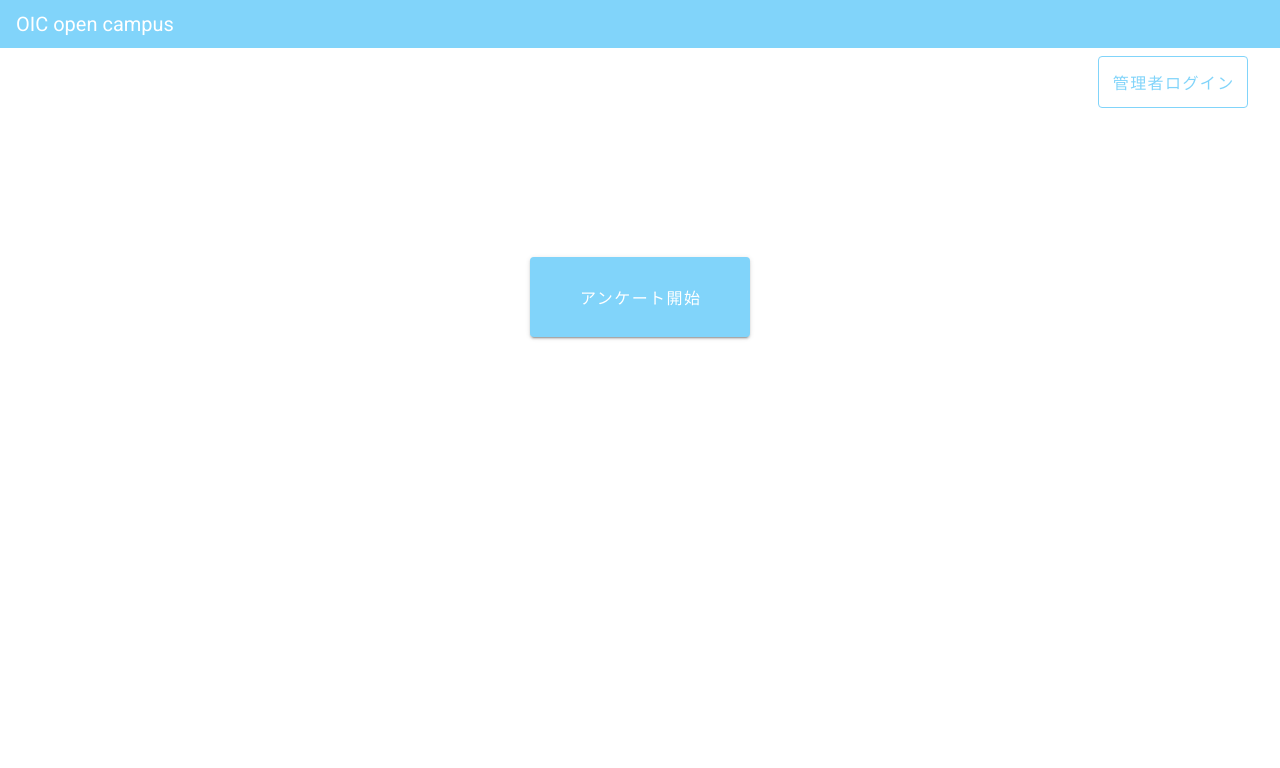
Repository: taniwhy/open-campus-system
Page: / (app in client_view/)
The author's editor kept a copy of each file at every save. The page is drawn from the files as they stood at one save, then again after the next save.
The browser window is 1280 px wide. The pictures show the whole page.
The project was rebuilt for these pictures with package versions that can differ from the ones it lists, and the page was loaded fresh each time. Also part of the build but not shown: client_view/vue.config.js, client_view/src/components/Login.vue, client_view/src/components/Branch.vue, client_view/src/components/Register.vue.

Above is the page before, as saved 2019-11-28 10:58:58.

### client_view/public/index.html
<!DOCTYPE html>
<html lang="en">
  <head>
    <meta charset="utf-8">
    <meta http-equiv="X-UA-Compatible" content="IE=edge">
    <meta name="viewport" content="width=device-width,initial-scale=1.0">
    <link rel="icon" href="<%= BASE_URL %>favicon.ico">
    <title>client_view</title>
    <link rel="stylesheet" href="https://fonts.googleapis.com/css?family=Roboto:100,300,400,500,700,900">
    <link rel="stylesheet" href="https://cdn.jsdelivr.net/npm/@mdi/font@latest/css/materialdesignicons.min.css">
  </head>
  <body>
    <noscript>
      <strong>We're sorry but client_view doesn't work properly without JavaScript enabled. Please enable it to continue.</strong>
    </noscript>
    <div id="app"></div>
    <!-- built files will be auto injected -->
  </body>
</html>

### client_view/src/main.js
import Vue from 'vue'
import App from './App.vue'
import router from './router'
import store from './store'
import vuetify from './plugins/vuetify';

Vue.config.productionTip = false

new Vue({
    router,
    store,
    vuetify,
    render: h => h(App)
}).$mount('#app')

### client_view/src/App.vue
<template>
  <v-app>
    <div>
      <v-app-bar color="light-blue lighten-3" dense dark>

        <v-toolbar-title>OIC open campus</v-toolbar-title>

      </v-app-bar>
    </div>
    <v-content>
      <router-view></router-view>
    </v-content>
  </v-app>
</template>

<script>
export default {
  name: "App",

  components: {},

  data: () => ({
    //
  })
};
</script>

### client_view/src/router/index.js
import Vue from 'vue'
import VueRouter from 'vue-router'
import Home from '../components/Home.vue'
import Login from '../components/Login.vue'
import Branch from '../components/Branch.vue'
import Register from '../components/Register.vue'

Vue.use(VueRouter)

const routes = [{
        path: '/',
        name: 'home',
        component: Home
    },
    {
        path: '/login',
        name: 'login',
        component: Login
    },
    {
        path: '/branch',
        name: 'branch',
        component: Branch
    },
    {
        path: '/register',
        name: 'register',
        component: Register
    },
]

const router = new VueRouter({
    routes
})

export default router

### client_view/src/components/Home.vue
<template>
  <v-app>
    <v-container fluid>
      <v-row>
        <v-col>
          <v-row align="center" justify="end" style="width: 100%;">
            <v-btn x-large flat to="/login" class="ma-2" outlined color="light-blue lighten-3" width=150px>管理者ログイン</v-btn>
          </v-row>
        </v-col>
      </v-row>
    </v-container>
    <v-container style="height: 100%;">
      <v-row style="height: 100%;">
        <v-col>
          <v-row align="center" justify="center" style="height: 60%;">
            <div class="my-2">
              <v-btn
                class="white--text"
                flat
                to="/branch"
                x-large
                color="light-blue lighten-3"
                width="220px"
                height="80px"
              >アンケート開始</v-btn>
            </div>
          </v-row>
        </v-col>
      </v-row>
    </v-container>
  </v-app>
</template>

<script>
export default {
  name: "Home",
  data: () => ({})
};
</script>

Loaded but not shown: client_view/src/store/index.js (common file); client_view/src/plugins/vuetify.js (common file)

After the next save:
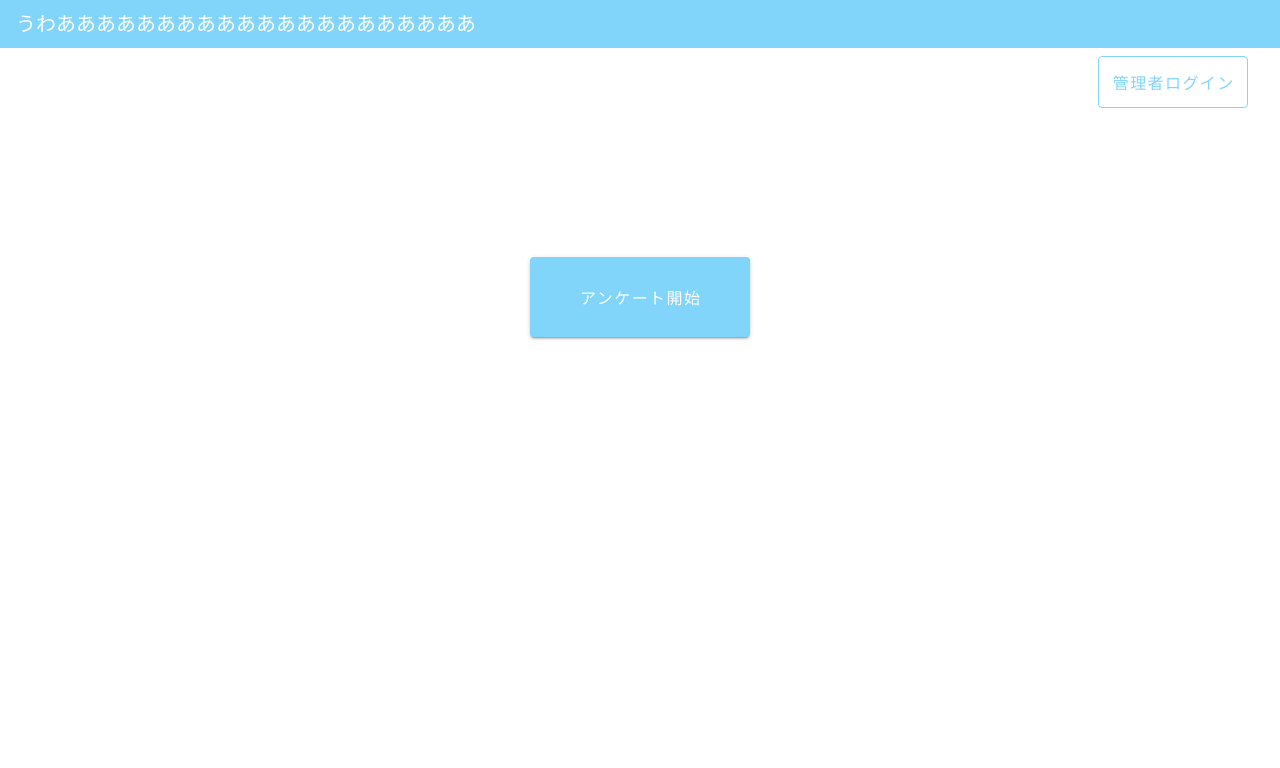
Saved 9 min 31 s later.
--- a/client_view/src/App.vue
+++ b/client_view/src/App.vue
@@ -3,7 +3,7 @@
     <div>
       <v-app-bar color="light-blue lighten-3" dense dark>
 
-        <v-toolbar-title>OIC open campus</v-toolbar-title>
+        <v-toolbar-title>うわあああああああああああああああああああああ</v-toolbar-title>
 
       </v-app-bar>
     </div>
